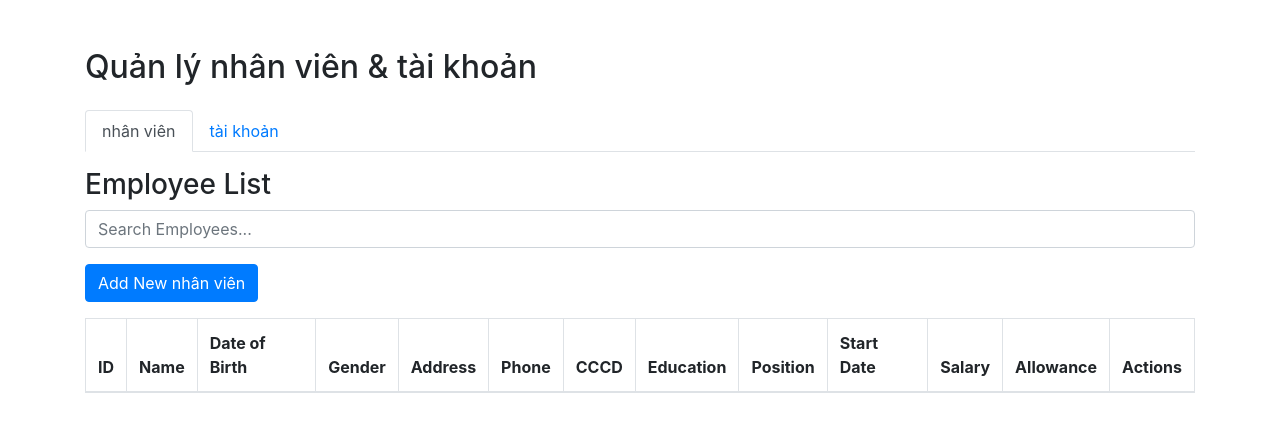
Repository: HuuThanh0602/PhongKhamNhi
Page: http://localhost/
These files come from the project's save history. The page is drawn as it stood at one moment and after the next save; the edit follows.
The browser window is 1280 px wide. The pictures show the whole page.
Some web libraries are served in a nearby version. The page is run by PHP 8.4 with error messages shown; the project is at /var/www/html/. Queries for data that is not in the repository find no rows.

Above is the page before, as saved 2024-11-03 07:34:37.

### nhanvien/index.php
<!DOCTYPE html>
<html lang="en">

<head>
    <meta charset="UTF-8">
    <meta name="viewport" content="width=device-width, initial-scale=1.0">
    <title>Employee & Account Management</title>
    <!-- Bootstrap CSS -->
    <link href="https://maxcdn.bootstrapcdn.com/bootstrap/4.5.2/css/bootstrap.min.css" rel="stylesheet">
</head>

<body>
    <div class="container mt-5">
        <h2 class="mb-4"> Quản lý nhân viên & tài khoản  </h2>

        <!-- Nav tabs -->
        <ul class="nav nav-tabs" id="myTab" role="tablist">
            <li class="nav-item">
                <a class="nav-link active" id="employee-tab" data-toggle="tab" href="#employee" role="tab">nhân viên</a>
            </li>
            <li class="nav-item">
                <a class="nav-link" id="account-tab" data-toggle="tab" href="#account" role="tab"> tài khoản</a>
            </li>
        </ul>

        <!-- Tab panes -->
        <div class="tab-content mt-3">
            <!-- Employee List -->
            <div class="tab-pane fade show active" id="employee" role="tabpanel">
                <h3>Employee List</h3>
                <form method="GET" action="">
                    <input type="text" name="search" class="form-control mb-3" placeholder="Search Employees..." value="<?php echo isset($_GET['search']) ? htmlspecialchars($_GET['search']) : ''; ?>">
                </form>
                <a href="add_employee.php" class="btn btn-primary mb-3">Add New nhân viên</a>
                <table class="table table-striped table-bordered">
                    <thead>
                        <tr>
                            <th>ID</th>
                            <th>Name</th>
                            <th>Date of Birth</th>
                            <th>Gender</th>
                            <th>Address</th>
                            <th>Phone</th>
                            <th>CCCD</th>
                            <th>Education</th>
                            <th>Position</th>
                            <th>Start Date</th>
                            <th>Salary</th>
                            <th>Allowance</th>
                            <th>Actions</th>
                        </tr>
                    </thead>
                    <tbody>
                        <?php
                        // Connect to SQL Server and fetch employee data
                        require_once 'DBConnection.php';
                        $db = new DBConnection();
                        $conn = $db->connect();

                        $search = isset($_GET['search']) ? $_GET['search'] : '';
                        $stmt = $conn->prepare("SELECT * FROM NhanVien WHERE HoTen LIKE :search");
                        $stmt->execute(['search' => '%' . $search . '%']);
                        $employees = $stmt->fetchAll(PDO::FETCH_ASSOC);

                        foreach ($employees as $employee) {
                            echo "<tr>
                                <td>{$employee['MaNhanVien']}</td>
                                <td>{$employee['HoTen']}</td>
                                <td>{$employee['NgaySinh']}</td>
                                <td>{$employee['GioiTinh']}</td>
                                <td>{$employee['DiaChi']}</td>
                                <td>{$employee['SoDienThoai']}</td>
                                <td>{$employee['SoCCCD']}</td>
                                <td>{$employee['TrinhDo']}</td>
                                <td>{$employee['ChucVu']}</td>
                                <td>{$employee['NgayVaoLam']}</td>
                                <td>{$employee['MucLuong']}</td>
                                <td>{$employee['PhuCap']}</td>
                                <td>
                                    <a href='edit_employee.php?id={$employee['MaNhanVien']}' class='btn btn-warning btn-sm'>Edit</a>
                                    <a href='delete_employee.php?id={$employee['MaNhanVien']}' class='btn btn-danger btn-sm' onclick='return confirm(\"Are you sure?\")'>Delete</a>
                                </td>
                            </tr>";
                        }
                        ?>
                    </tbody>
                </table>
            </div>

            <!-- Account List -->
            <div class="tab-pane fade" id="account" role="tabpanel">
                <h3>Account List</h3>
                <form method="GET" action="">
                    <input type="text" name="search_account" class="form-control mb-3" placeholder="Search by Employee ID..." value="<?php echo isset($_GET['search_account']) ? htmlspecialchars($_GET['search_account']) : ''; ?>">
                </form>
                <a href="add_account.php" class="btn btn-primary mb-3">Add New Account</a>
                <table class="table table-striped table-bordered">
                    <thead class="thead-dark">
                        <tr>
                            <th>Account Number</th>
                            <th>Employee ID</th>
                            <th>Username</th>
                            <th>Password</th>
                            <th>Actions</th>
                        </tr>
                    </thead>
                    <tbody>
                        <?php
                        // Fetch account data
                        $search_account = isset($_GET['search_account']) ? $_GET['search_account'] : '';
                        $stmt = $conn->prepare("SELECT * FROM TaiKhoan WHERE MaNhanVien LIKE :search_account");
                        $stmt->execute(['search_account' => '%' . $search_account . '%']);
                        $accounts = $stmt->fetchAll(PDO::FETCH_ASSOC);

                        foreach ($accounts as $account) {
                            echo "<tr>
                    <td>{$account['SoTaiKhoan']}</td>
                    <td>{$account['MaNhanVien']}</td>
                    <td>{$account['TenDangNhap']}</td>
                    <td>{$account['MatKhau']}</td>
                    <td>
                        <a href='edit_account.php?id={$account['SoTaiKhoan']}' class='btn btn-warning btn-sm'>Edit</a>
                        <a href='delete_account.php?id={$account['SoTaiKhoan']}' class='btn btn-danger btn-sm' onclick='return confirm(\"Are you sure?\")'>Delete</a>
                    </td>
                </tr>";
                        }
                        ?>
                    </tbody>
                </table>
            </div>

            <!-- Bootstrap JS and dependencies -->
            <script src="https://code.jquery.com/jquery-3.5.1.slim.min.js"></script>
            <script src="https://cdn.jsdelivr.net/npm/@popperjs/core@2.5.4/dist/umd/popper.min.js"></script>
            <script src="https://stackpath.bootstrapcdn.com/bootstrap/4.5.2/js/bootstrap.min.js"></script>
</body>

</html>

### nhanvien/DBConnection.php
<?php

class DBConnection {
    private $host = '127.0.0.1';
    private $dbName = 'BTL';
    private $username = 'root';
    private $password = '';
    private $conn;

    public function connect() {
        $this->conn = null;
        try {
            // Chuỗi kết nối MySQL
            $this->conn = new PDO("mysql:host=$this->host;dbname=$this->dbName", $this->username, $this->password);
            $this->conn->setAttribute(PDO::ATTR_ERRMODE, PDO::ERRMODE_EXCEPTION);
            $this->conn->setAttribute(PDO::ATTR_DEFAULT_FETCH_MODE, PDO::FETCH_ASSOC);
        } catch (PDOException $e) {
            echo "Kết nối thất bại: " . $e->getMessage();
        }
        return $this->conn;
    }

    public function disconnect() {
        $this->conn = null;
    }
}

After the next save:
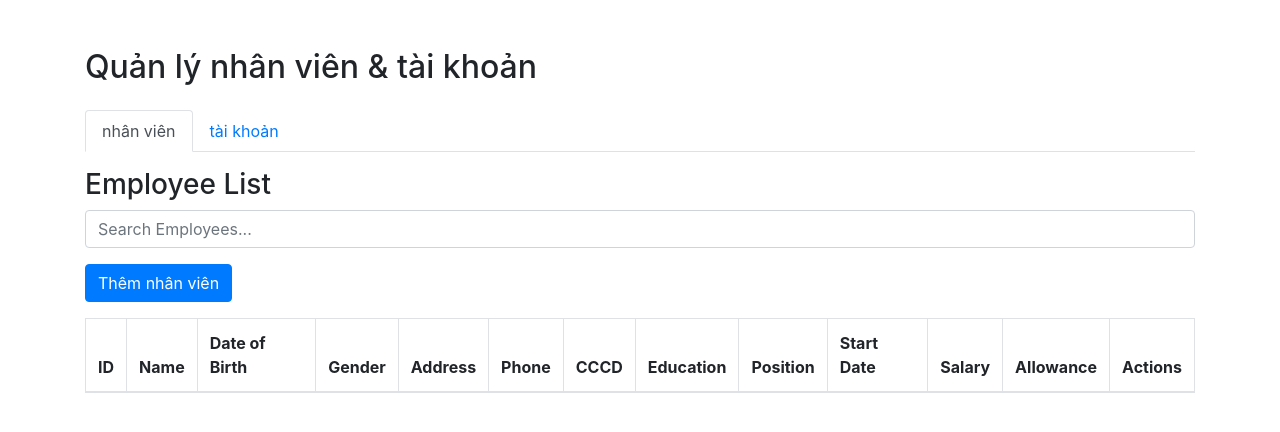
Saved 8 s later.
--- a/nhanvien/index.php
+++ b/nhanvien/index.php
@@ -31,7 +31,7 @@
                 <form method="GET" action="">
                     <input type="text" name="search" class="form-control mb-3" placeholder="Search Employees..." value="<?php echo isset($_GET['search']) ? htmlspecialchars($_GET['search']) : ''; ?>">
                 </form>
-                <a href="add_employee.php" class="btn btn-primary mb-3">Add New nhân viên</a>
+                <a href="add_employee.php" class="btn btn-primary mb-3">Thêm nhân viên</a>
                 <table class="table table-striped table-bordered">
                     <thead>
                         <tr>
